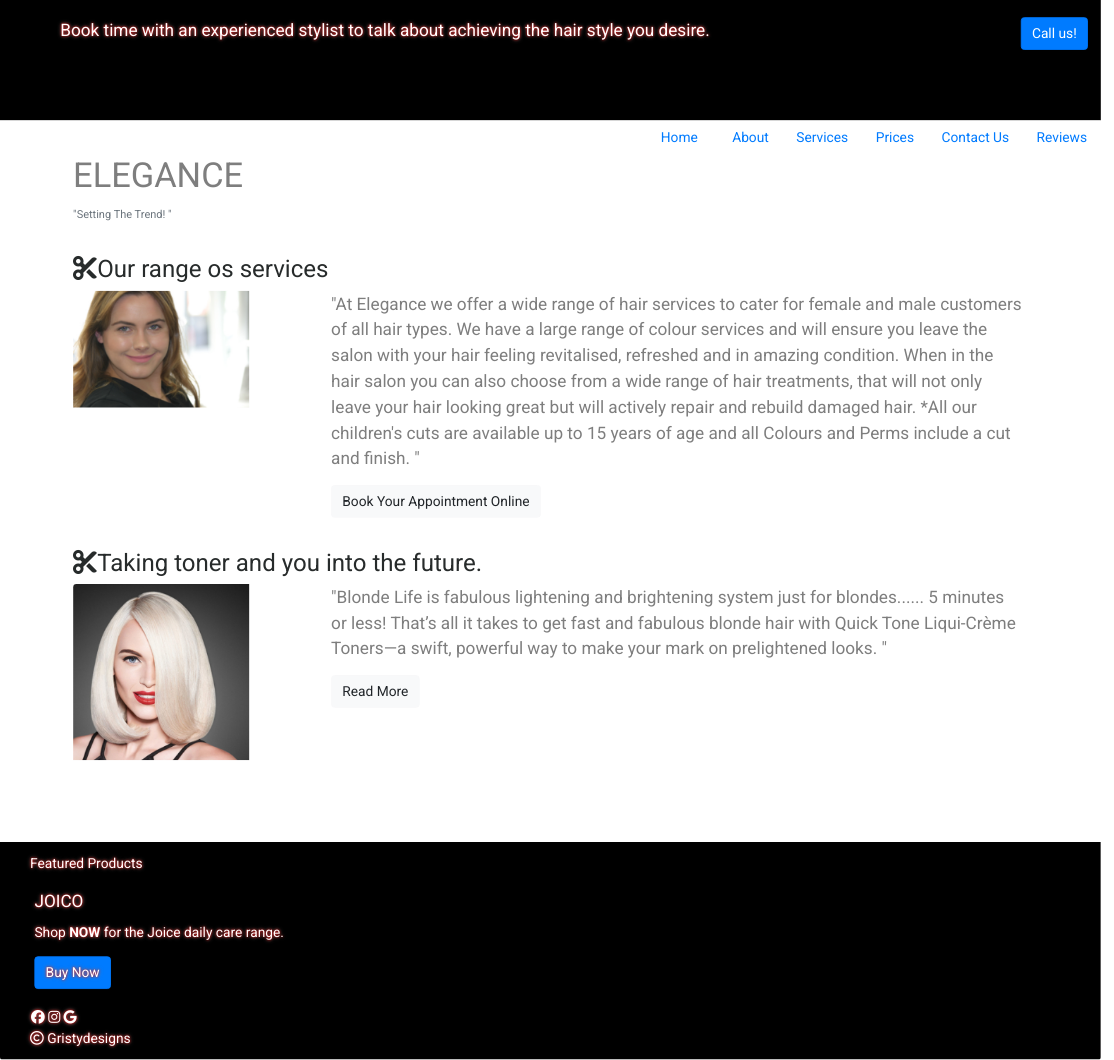
Repository: Gristydesigns/elegance-salon
Page: services.html
The author's editor kept a record of every edit. The page is drawn from the files as they stood at one moment, then again after the next edit.
The browser window is 1280 px wide. The page is 1295 px wide, so the pictures cover 1295 px, including what lies to the right of the window. The pictures show the whole page, at 86% of full size.
Some web libraries are served in a nearby version.

Above is the page before.
Console error: TypeError: Cannot read properties of undefined (reading 'fn')

After the next edit:
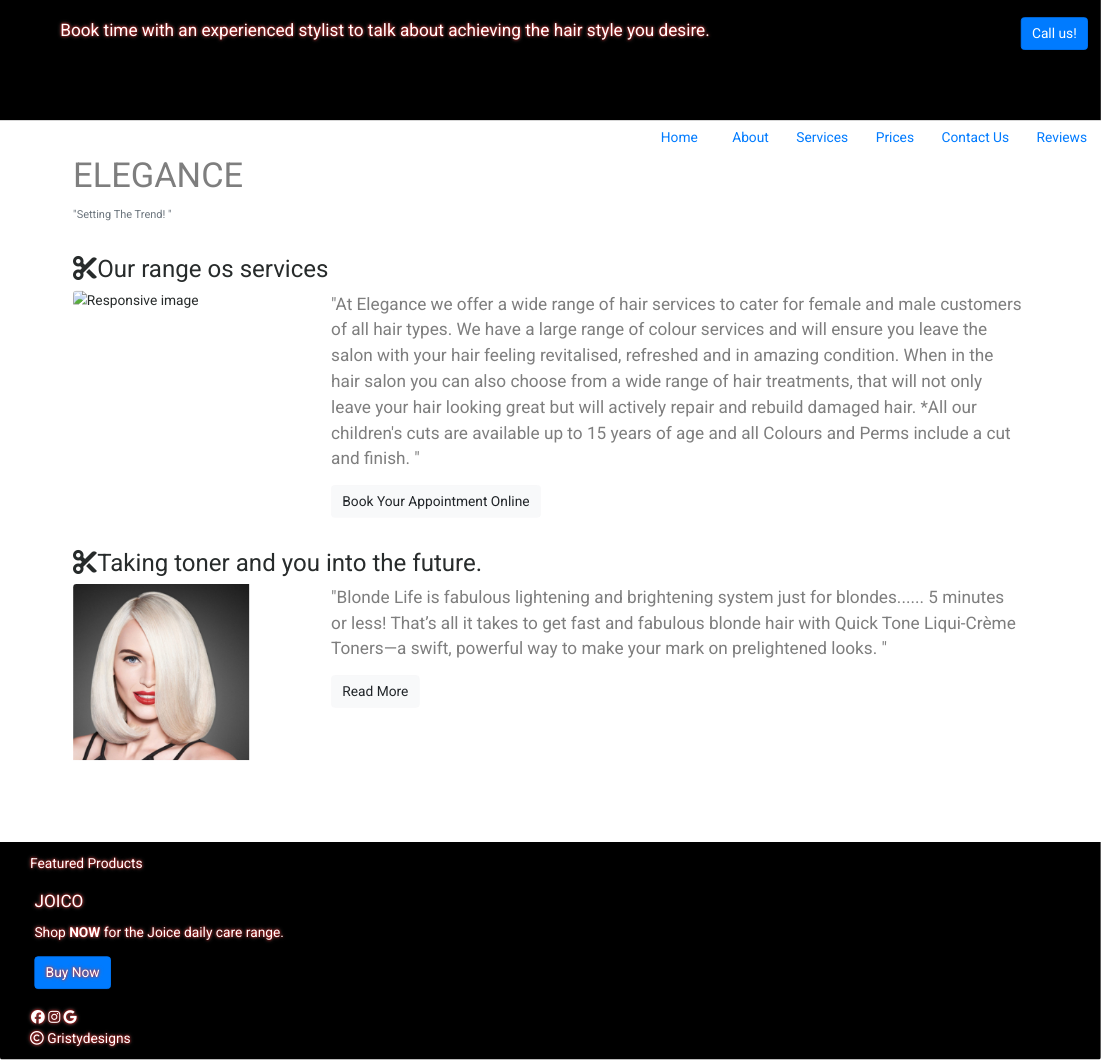
Not found: image/serice-pic2.jpg
The edit:
--- a/services.html
+++ b/services.html
@@ -74,7 +74,7 @@
      <div class="col-12 ">
       <h3 class="text "><i class="fas fa-cut "></i>Our range os services </h3>
         <div class="media ">
-        <img src="image/image3.jpg " class="img-fluid rounded " alt="Responsive image ">
+        <img src="image/serice-pic2.jpg " class="img-fluid rounded " alt="Responsive image ">
           </div>
            <blockquote class="blockquote ">
            <p>"At Elegance we offer a wide range of hair services to cater for female and male customers of all hair types. We have a large range of colour services and will ensure you leave the salon with your hair feeling revitalised, refreshed and in amazing condition.
